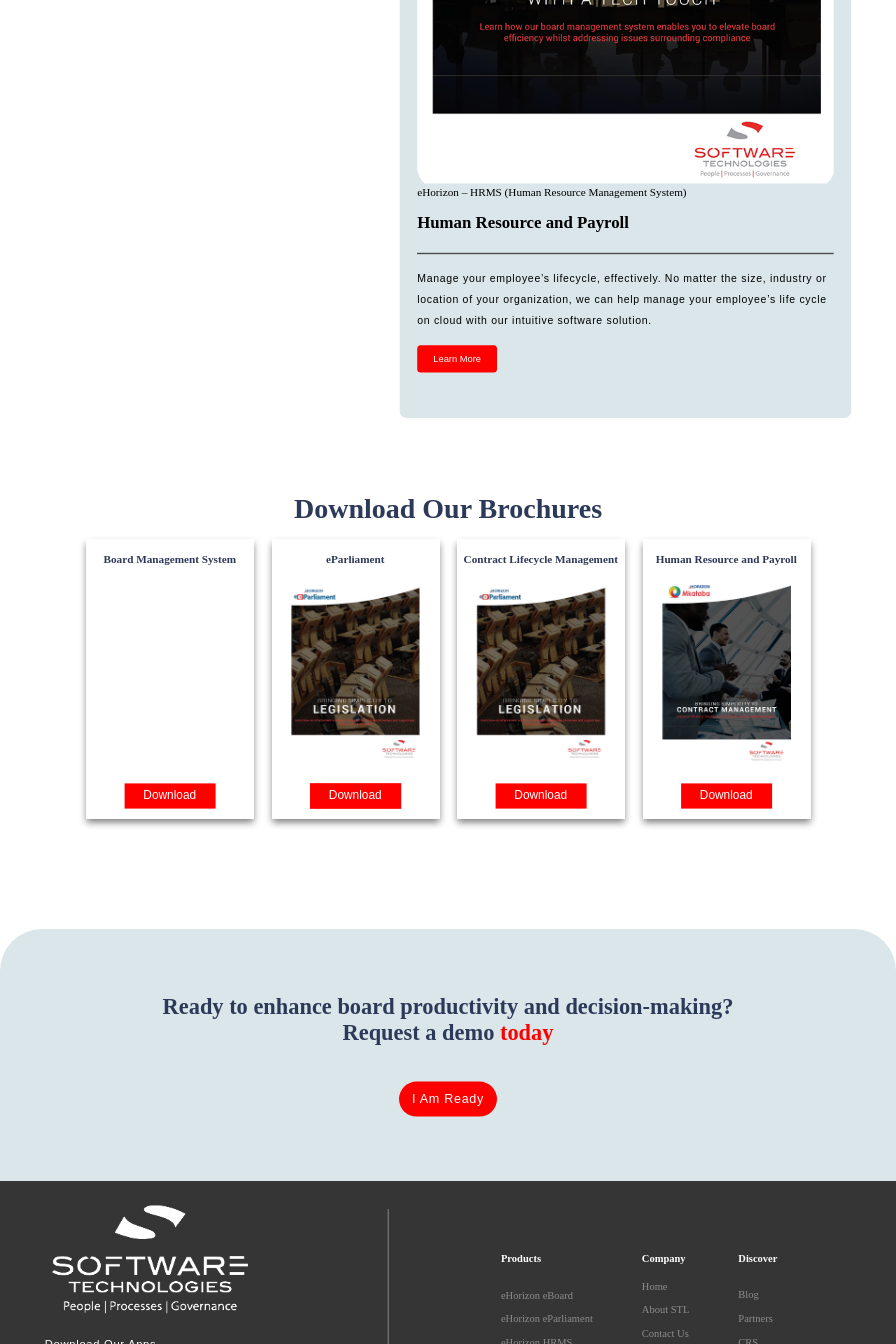
Repository: Kaleidiana/IST
Page: home.html
The author's editor kept a copy of each file at every save. The page is drawn from the files as they stood at one save, then again after the next save.
The browser window is 1280 px wide. The pictures show the part of the page from y = 2853 to 4773 px (the page is 5246 px tall), at 70% of full size.

Above is the page before, as saved 2024-03-20 12:21:16.

After the next save:
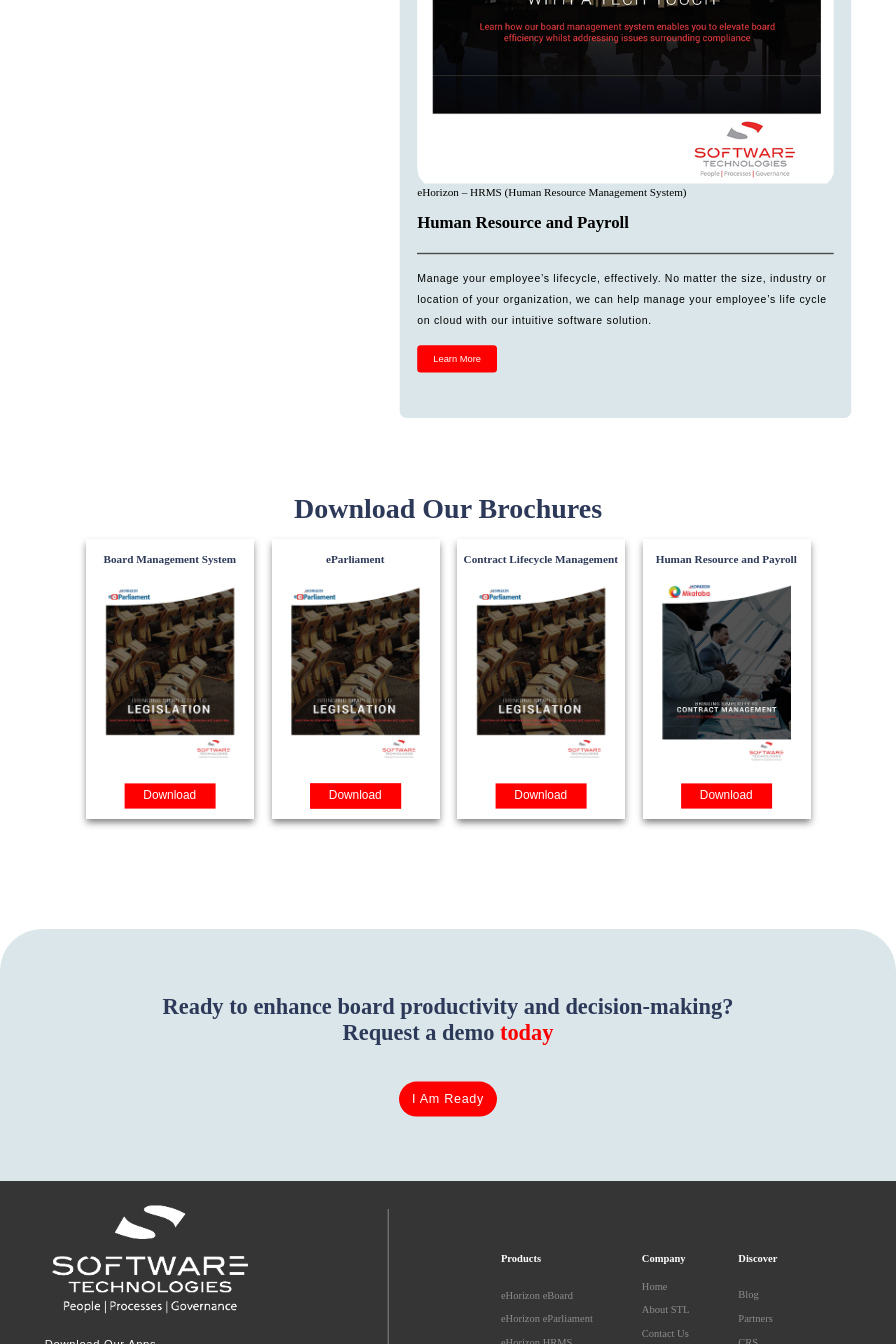
Saved 9 s later.
--- a/home.html
+++ b/home.html
@@ -109,6 +109,7 @@
         <div class="product-images">
             <div>
                 <h4 class="try">Board Management System</h4>
+                <img src="images/board2.jpg" alt="">
                 <button class="btnn">Download</button>
             </div>
             <div>

After the save that followed:
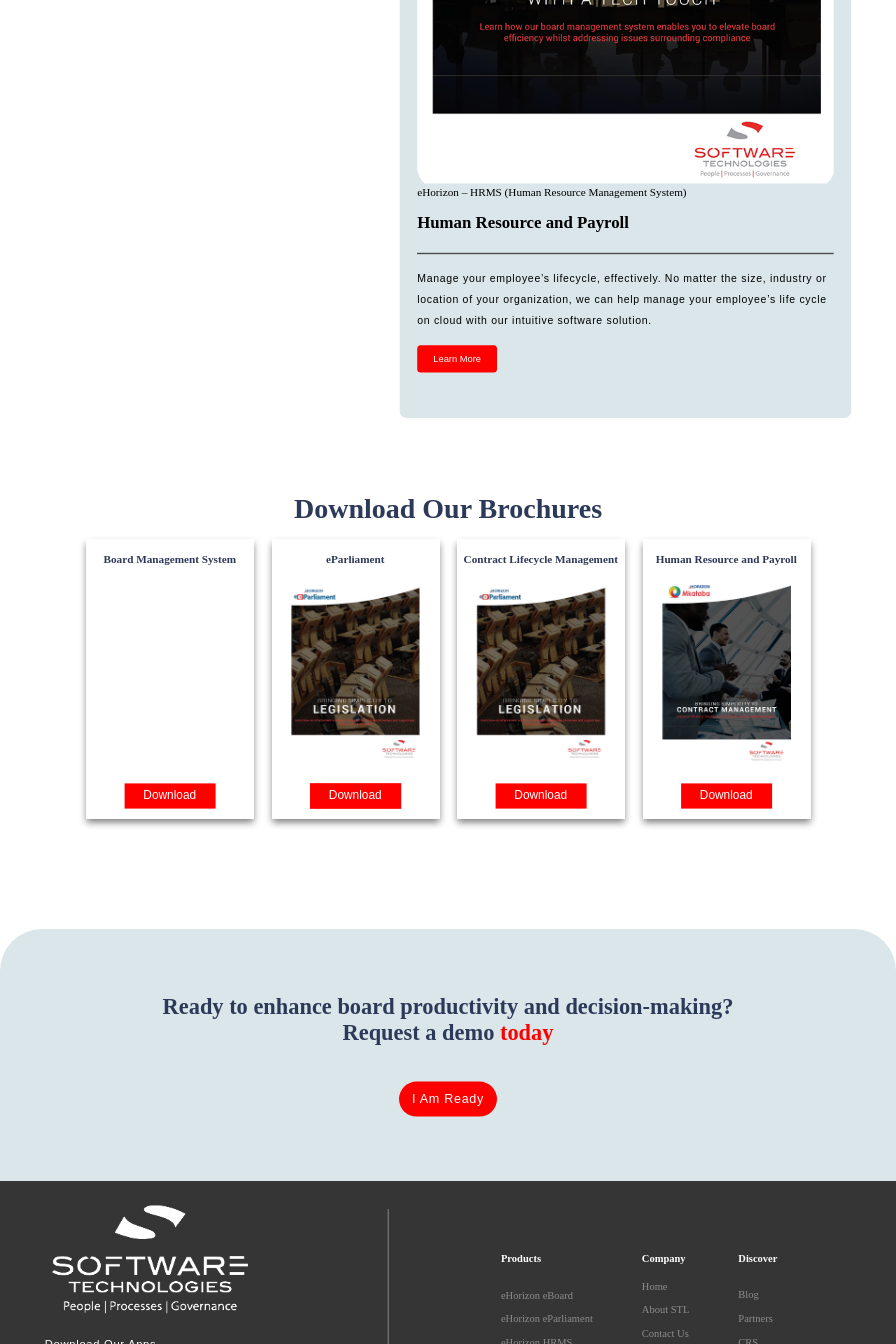
Not found: images/board1.jpg
Saved 8 s later.
--- a/home.html
+++ b/home.html
@@ -109,7 +109,7 @@
         <div class="product-images">
             <div>
                 <h4 class="try">Board Management System</h4>
-                <img src="images/board2.jpg" alt="">
+                <img src="images/board1.jpg" alt="">
                 <button class="btnn">Download</button>
             </div>
             <div>
